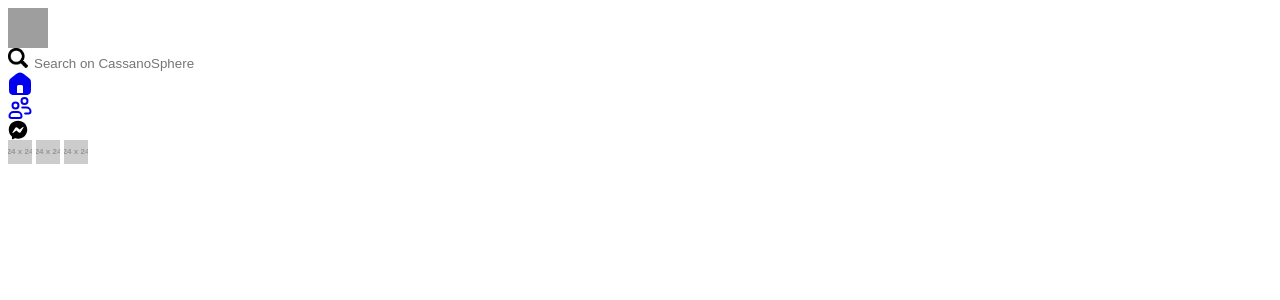
Repository: oafnghh/CassanoSphere
Page: http://localhost/CassanoSphere/www/home/includes/navBar.jsp
An editor plug-in stored every save of this project. The page is shown before and after the next save, followed by the edit.
The browser window is 1280 px wide. The pictures show the whole page.
Pictures or frames that could not be fetched are drawn as grey boxes. The page is served by Tomcat 9. Other server files are loaded and not shown.

Above is the page before, as saved 2024-07-15 10:07:58.

### CassanoSphere/webapp/www/home/includes/navBar.jsp
<div
	class="flex items-center justify-between bg-white dark:bg-zinc-800 p-2 shadow-md">
	<div class="flex items-center space-x-4">
		<img
			src="https://t4.ftcdn.net/jpg/03/87/77/85/360_F_387778557_9gy5UJQQ2pgmRM9bvUfLf3Q6T6Uj4kN4.jpg"
			style="width: 40px; height: 40px" class="rounded-full" />
		<div
			class="flex items-center bg-zinc-100 dark:bg-zinc-700 rounded-full px-3 py-1">
			<img style="width: 20px; height: 20px"
				src="data:[embedded picture, 3782 characters]"
				alt="Search icon" class="mr-2" /> <input type="text"
				placeholder="Search on CassanoSphere" style="border: none"
				class="bg-transparent text-muted-foreground ml-2 outline-none" />
		</div>
	</div>

	<div class="flex items-center space-x-6">
		<a aria-label="Trang chủ"
			class="x1i10hfl xjbqb8w x1ejq31n xd10rxx x1sy0etr x17r0tee x972fbf xcfux6l x1qhh985 xm0m39n x9f619 x1ypdohk xe8uvvx xdj266r x11i5rnm xat24cr x1mh8g0r xexx8yu x4uap5 x18d9i69 xkhd6sd x16tdsg8 x1hl2dhg xggy1nq x1o1ewxj x3x9cwd x1e5q0jg x13rtm0m x87ps6o x1lku1pv x1a2a7pz x6s0dn4 x78zum5 xdt5ytf x5yr21d xl56j7k x1n2onr6 xh8yej3"
			href="/" role="link" tabindex="0" previewlistener="true"
			aria-current="page"><span class="x1n2onr6"><svg
					viewBox="0 0 24 24" width="24" height="24" fill="currentColor"
					class="x19dipnz x1lliihq x1tzjh5l x1k90msu x2h7rmj x1qfuztq"
					style="-color: var(- -primary-button-background);">
					<path
						d="M9.464 1.286C10.294.803 11.092.5 12 .5c.908 0 1.707.303 2.537.786.795.462 1.7 1.142 2.815 1.977l2.232 1.675c1.391 1.042 2.359 1.766 2.888 2.826.53 1.059.53 2.268.528 4.006v4.3c0 1.355 0 2.471-.119 3.355-.124.928-.396 1.747-1.052 2.403-.657.657-1.476.928-2.404 1.053-.884.119-2 .119-3.354.119H7.93c-1.354 0-2.471 0-3.355-.119-.928-.125-1.747-.396-2.403-1.053-.656-.656-.928-1.475-1.053-2.403C1 18.541 1 17.425 1 16.07v-4.3c0-1.738-.002-2.947.528-4.006.53-1.06 1.497-1.784 2.888-2.826L6.65 3.263c1.114-.835 2.02-1.515 2.815-1.977zM10.5 13A1.5 1.5 0 0 0 9 14.5V21h6v-6.5a1.5 1.5 0 0 0-1.5-1.5h-3z"></path></svg><span
				class="x10l6tqk x11f4b5y x1v4kod4"><div
						data-visualcompletion="ignore"></div></span></span></a> <a aria-label="Bạn bè"
			class="x1i10hfl xjbqb8w x1ejq31n xd10rxx x1sy0etr x17r0tee x972fbf xcfux6l x1qhh985 xm0m39n x9f619 x1ypdohk xe8uvvx xdj266r x11i5rnm xat24cr x1mh8g0r xexx8yu x4uap5 x18d9i69 xkhd6sd x16tdsg8 x1hl2dhg xggy1nq x1o1ewxj x3x9cwd x1e5q0jg x13rtm0m x87ps6o x1lku1pv x1a2a7pz x6s0dn4 x78zum5 xdt5ytf x5yr21d xl56j7k x1n2onr6 xh8yej3"
			href="/friends/" role="link" tabindex="0" previewlistener="true"><span
			class="x1n2onr6"> <!--$--> <svg viewBox="0 0 24 24" width="24"
					height="24" fill="currentColor"
					class="x19dipnz x1lliihq x1tzjh5l x1k90msu x2h7rmj x1qfuztq"
					style="-color: var(- -secondary-icon);">
					<path
						d="M12.496 5a4 4 0 1 1 8 0 4 4 0 0 1-8 0zm4-2a2 2 0 1 0 0 4 2 2 0 0 0 0-4zm-9 2.5a4 4 0 1 0 0 8 4 4 0 0 0 0-8zm-2 4a2 2 0 1 1 4 0 2 2 0 0 1-4 0zM5.5 15a5 5 0 0 0-5 5 3 3 0 0 0 3 3h8.006a3 3 0 0 0 3-3 5 5 0 0 0-5-5H5.5zm-3 5a3 3 0 0 1 3-3h4.006a3 3 0 0 1 3 3 1 1 0 0 1-1 1H3.5a1 1 0 0 1-1-1zm12-9.5a5.04 5.04 0 0 0-.37.014 1 1 0 0 0 .146 1.994c.074-.005.149-.008.224-.008h4.006a3 3 0 0 1 3 3 1 1 0 0 1-1 1h-3.398a1 1 0 1 0 0 2h3.398a3 3 0 0 0 3-3 5 5 0 0 0-5-5H14.5z"></path></svg><span
				class="x10l6tqk x11f4b5y x1v4kod4"></span> <!--/$-->
		</span>
			<div
				class="x1ey2m1c xds687c x17qophe xg01cxk x47corl x10l6tqk x13vifvy x1ebt8du x19991ni x1dhq9h x1o1ewxj x3x9cwd x1e5q0jg x13rtm0m"
				role="none" data-visualcompletion="ignore"
				style="border-radius: 8px; inset: 4px 0px;"></div></a>
	</div>

	<div class="flex items-center space-x-4">
		<div aria-label="Messenger"
			class="x1i10hfl x1ejq31n xd10rxx x1sy0etr x17r0tee x1ypdohk xe8uvvx xdj266r x11i5rnm xat24cr x1mh8g0r x16tdsg8 x1hl2dhg xggy1nq x87ps6o x1lku1pv x1a2a7pz x6s0dn4 xzolkzo x12go9s9 x1rnf11y xprq8jg x972fbf xcfux6l x1qhh985 xm0m39n x9f619 x78zum5 xl56j7k xexx8yu x4uap5 x18d9i69 xkhd6sd x1n2onr6 x1vqgdyp x100vrsf x1qhmfi1"
			role="button" tabindex="0" style="">
			<svg viewBox="0 0 12 13" width="20" height="20" fill="currentColor"
				class="x19dipnz x1lliihq x1tzjh5l x1k90msu x2h7rmj x1qfuztq"
				style="-color: var(- -primary-icon);">
				<g fill-rule="evenodd" transform="translate(-450 -1073)">
				<path
					d="m459.603 1077.948-1.762 2.851a.89.89 0 0 1-1.302.245l-1.402-1.072a.354.354 0 0 0-.433.001l-1.893 1.465c-.253.196-.583-.112-.414-.386l1.763-2.851a.89.89 0 0 1 1.301-.245l1.402 1.072a.354.354 0 0 0 .434-.001l1.893-1.465c.253-.196.582.112.413.386M456 1073.5c-3.38 0-6 2.476-6 5.82 0 1.75.717 3.26 1.884 4.305.099.087.158.21.162.342l.032 1.067a.48.48 0 0 0 .674.425l1.191-.526a.473.473 0 0 1 .32-.024c.548.151 1.13.231 1.737.231 3.38 0 6-2.476 6-5.82 0-3.344-2.62-5.82-6-5.82"></path></g></svg>
			<div
				class="x1ey2m1c xds687c x17qophe xg01cxk x47corl x10l6tqk x13vifvy x1ebt8du x19991ni x1dhq9h xzolkzo x12go9s9 x1rnf11y xprq8jg"
				role="none" data-visualcompletion="ignore" style="inset: 0px;"></div>
		</div>
		<img src="https://placehold.co/24x24?text=🔔" alt="Notifications icon"
			class="bg-zinc-300 dark:bg-zinc-600 rounded-full p-1" /> <img
			src="https://placehold.co/24x24?text=👤" alt="Profile icon"
			class="bg-zinc-300 dark:bg-zinc-600 rounded-full p-1" /> <img
			src="https://placehold.co/24x24?text=⬇️" alt="Dropdown icon"
			class="bg-zinc-300 dark:bg-zinc-600 rounded-full p-1" />
	</div>
</div>

After the next save:
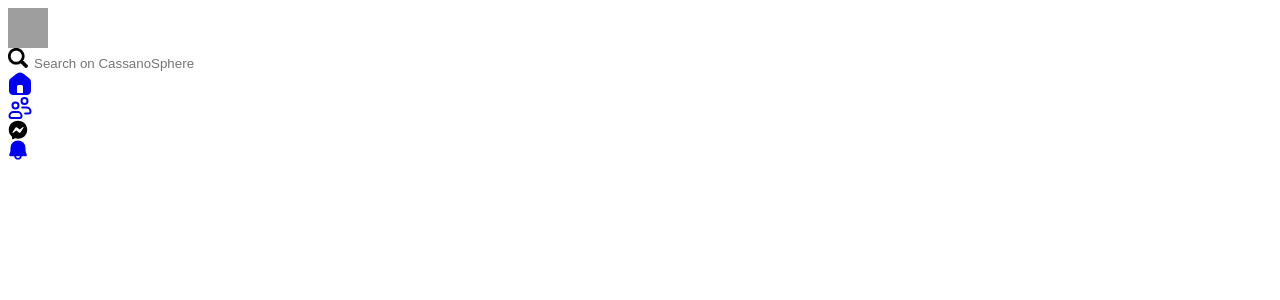
Saved 66 s later.
--- a/CassanoSphere/webapp/www/home/includes/navBar.jsp
+++ b/CassanoSphere/webapp/www/home/includes/navBar.jsp
@@ -56,11 +56,30 @@
 				class="x1ey2m1c xds687c x17qophe xg01cxk x47corl x10l6tqk x13vifvy x1ebt8du x19991ni x1dhq9h xzolkzo x12go9s9 x1rnf11y xprq8jg"
 				role="none" data-visualcompletion="ignore" style="inset: 0px;"></div>
 		</div>
-		<img src="https://placehold.co/24x24?text=🔔" alt="Notifications icon"
-			class="bg-zinc-300 dark:bg-zinc-600 rounded-full p-1" /> <img
-			src="https://placehold.co/24x24?text=👤" alt="Profile icon"
-			class="bg-zinc-300 dark:bg-zinc-600 rounded-full p-1" /> <img
-			src="https://placehold.co/24x24?text=⬇️" alt="Dropdown icon"
-			class="bg-zinc-300 dark:bg-zinc-600 rounded-full p-1" />
+		<div class="x9f619 x1n2onr6 x1ja2u2z">
+			<a aria-label="Thông báo"
+				class="x1i10hfl x1ejq31n xd10rxx x1sy0etr x17r0tee x1ypdohk xe8uvvx xdj266r x11i5rnm xat24cr x1mh8g0r x16tdsg8 x1hl2dhg xggy1nq x87ps6o x1lku1pv x1a2a7pz x6s0dn4 xzolkzo x12go9s9 x1rnf11y xprq8jg x972fbf xcfux6l x1qhh985 xm0m39n x9f619 x78zum5 xl56j7k xexx8yu x4uap5 x18d9i69 xkhd6sd x1n2onr6 x1vqgdyp x100vrsf x1qhmfi1"
+				href="/notifications/" role="link" tabindex="0"
+				previewlistener="true" style=""><svg viewBox="0 0 24 24"
+					width="20" height="20" fill="currentColor"
+					class="x19dipnz x1lliihq x1tzjh5l x1k90msu x2h7rmj x1qfuztq"
+					style="-color: var(- -primary-icon);">
+					<path
+						d="M3 9.5a9 9 0 1 1 18 0v2.927c0 1.69.475 3.345 1.37 4.778a1.5 1.5 0 0 1-1.272 2.295h-4.625a4.5 4.5 0 0 1-8.946 0H2.902a1.5 1.5 0 0 1-1.272-2.295A9.01 9.01 0 0 0 3 12.43V9.5zm6.55 10a2.5 2.5 0 0 0 4.9 0h-4.9z"></path></svg>
+				<div
+					class="x1ey2m1c xds687c x17qophe xg01cxk x47corl x10l6tqk x13vifvy x1ebt8du x19991ni x1dhq9h xzolkzo x12go9s9 x1rnf11y xprq8jg"
+					role="none" data-visualcompletion="ignore" style="inset: 0px;"></div></a>
+			<!--$-->
+			<div aria-hidden="true" aria-label="Thông báo"
+				class="x1i10hfl x1qjc9v5 xjbqb8w xjqpnuy xa49m3k xqeqjp1 x2hbi6w x13fuv20 xu3j5b3 x1q0q8m5 x26u7qi x972fbf xcfux6l x1qhh985 xm0m39n x9f619 x1ypdohk xdl72j9 x2lah0s xe8uvvx xdj266r x11i5rnm xat24cr x1mh8g0r x2lwn1j xeuugli xexx8yu x4uap5 x18d9i69 xkhd6sd x16tdsg8 x1hl2dhg xggy1nq x1t137rt x1o1ewxj x3x9cwd x1e5q0jg x13rtm0m x3nfvp2 x1q0g3np x87ps6o x1lku1pv x1a2a7pz x10l6tqk x1vjfegm x8zc4e7 xtu2xtp"
+				role="button" tabindex="-1">
+				<!--$-->
+				<!--/$-->
+				<div
+					class="x1ey2m1c xds687c x17qophe xg01cxk x47corl x10l6tqk x13vifvy x1ebt8du x19991ni x1dhq9h xzolkzo x12go9s9 x1rnf11y xprq8jg"
+					role="none" data-visualcompletion="ignore"></div>
+			</div>
+			<!--/$-->
+		</div>
 	</div>
 </div>
